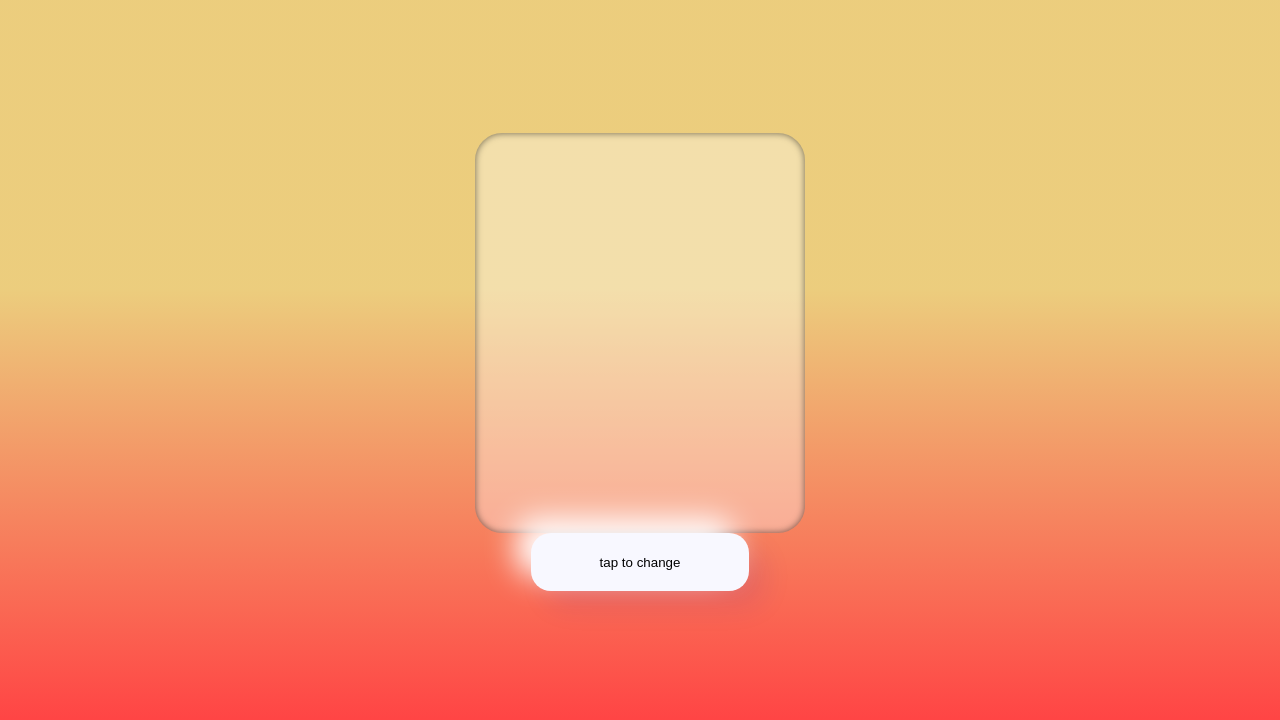
Repository: ThanhThn/profile
Page: index.html
These files come from the project's save history. The page is drawn as it stood at one moment and after the next save; the edit follows.
The browser window is 1280 px wide. The pictures show the whole page.
The pointer rests on the first visible `.btn`.

Above is the page before, as saved 2022-12-04 23:56:53.

After the next save:
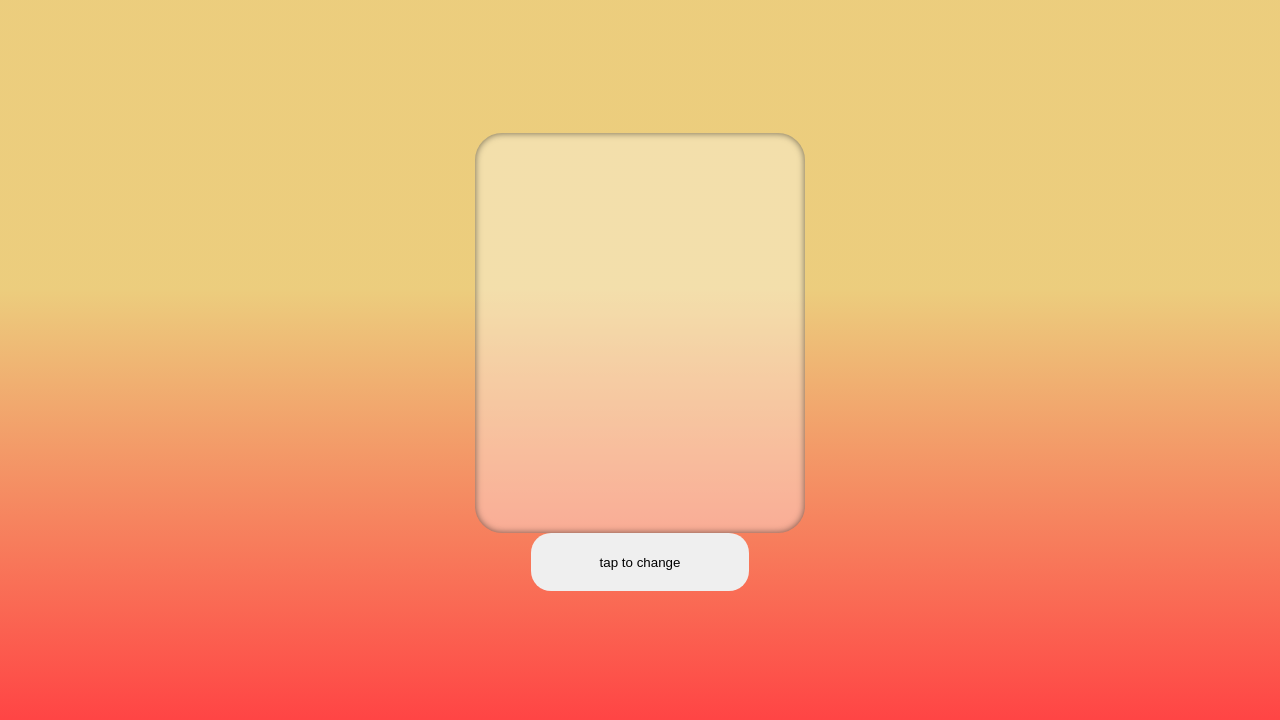
Saved 24 s later.
--- a/style.css
+++ b/style.css
@@ -34,6 +34,5 @@ body{
 }
 
 .btn:hover {
-  background: #f8f8ff;
-  box-shadow: -15px -15px 30px 0 #fff, 15px 15px 30px 0 #1d0dca17;
+
 }
